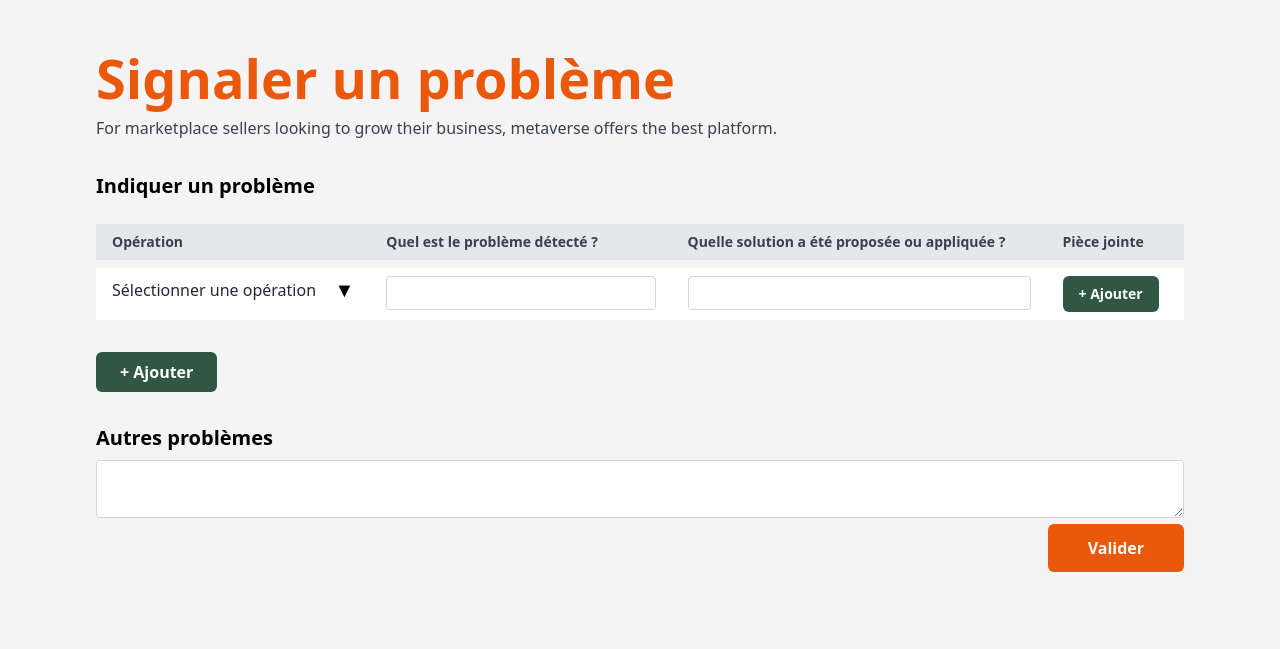
Repository: 123455675848484848484884848484/Projet_2cs
Page: /signal (app in front/)
The author's editor kept a copy of each file at every save. The page is drawn from the files as they stood at one save, then again after the next save.
The browser window is 1280 px wide. The pictures show the whole page.
The project was rebuilt for these pictures with package versions that can differ from the ones it lists, and the page was loaded fresh each time. Also part of the build but not shown: front/src/App.css, front/src/LancerPuit.jsx, front/src/InformationPuit.jsx, front/src/Login.jsx, front/src/MesPuits.jsx, front/src/PhasesPrevision.jsx, front/src/OperationsPrevision.jsx, front/src/FichierJournalier.jsx.

Above is the page before, as saved 2025-04-24 14:27:36.

After the next save:
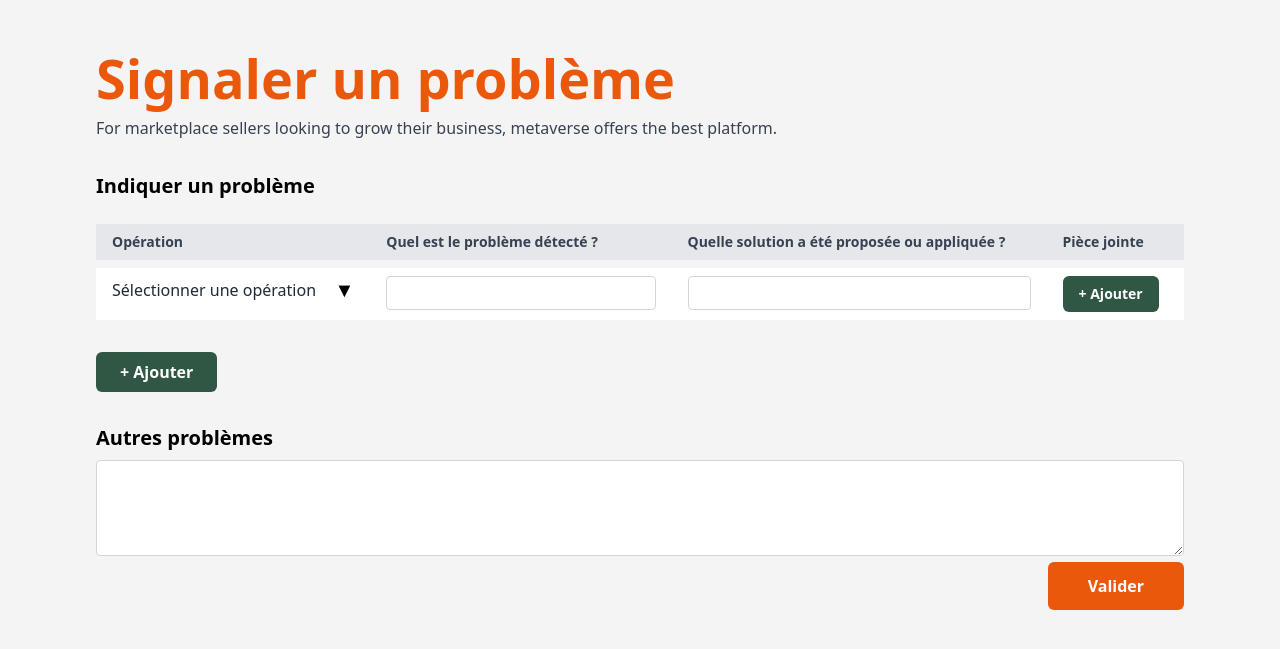
Saved 2 min 22 s later.
--- a/front/src/SignalerProbleme.jsx
+++ b/front/src/SignalerProbleme.jsx
@@ -165,8 +165,8 @@ const SignalerProbleme = () => {
 
       <h2 className="text-xl font-semibold mb-2">Autres problèmes</h2>
       <textarea
-       className="w-full border border-gray-300 rounded px-2 py-1 focus:outline-none focus:ring-0 focus:border-orange-600"
-        placeholder=""
+  className="w-full h-24 border border-gray-300 rounded px-2 py-1 focus:outline-none focus:ring-0 focus:border-orange-600"
+  placeholder=""
         value={autresProblemes}
         onChange={(e) => setAutresProblemes(e.target.value)}
       ></textarea>
